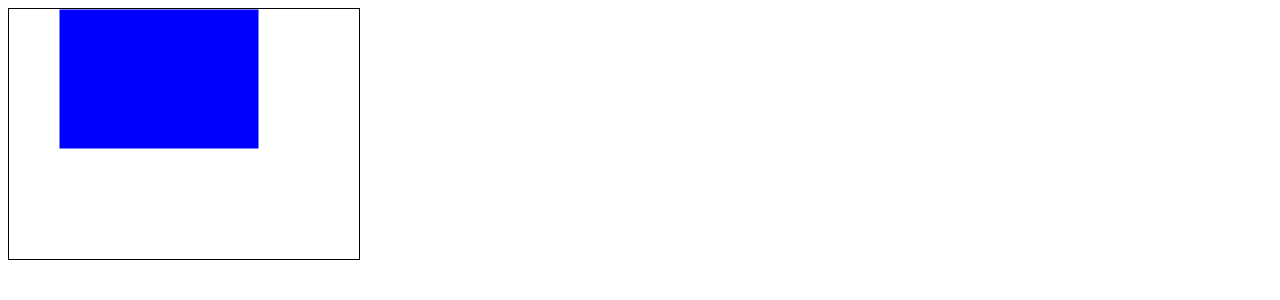
Repository: ducdatit2002/Data-Visualization-Coursera
Page: WEEK2/Demo/demo_adding_annotations.html
The author's editor kept a copy of each file at every save. The page is drawn from the files as they stood at one save, then again after the next save.
The browser window is 1280 px wide. The pictures show the whole page.

Above is the page before, as saved 2023-10-07 00:10:39.

After the next save:
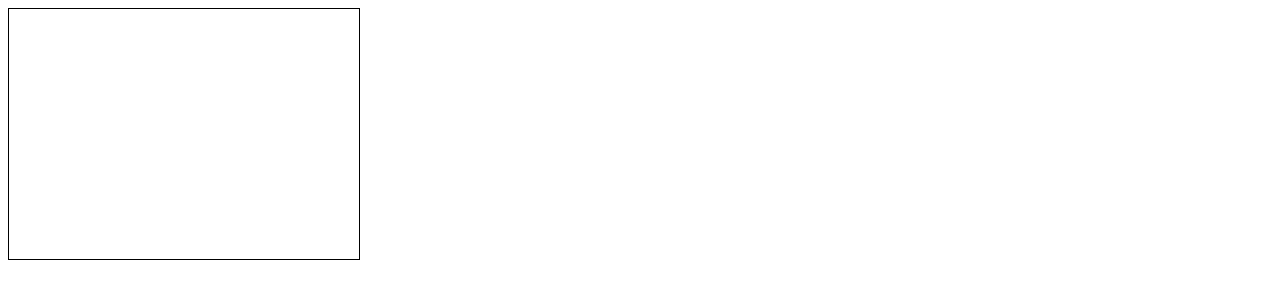
Console error: ReferenceError: blue is not defined
Saved 15 s later.
--- a/WEEK2/Demo/demo_adding_annotations.html
+++ b/WEEK2/Demo/demo_adding_annotations.html
@@ -29,9 +29,9 @@
       join
         .enter()
         .append("rect")
-        .style("fill", "blue")
-        .style("stroke", "white")
-        .attr("width", (d) => scale(d.Weight))
+        .style("fill", blue)
+        .style("stroke", white)
+        .attr("width", d => scale(d.Weight))
         .attr("height", scalePosition.bandwidth())
         .attr("y", (d) => scalePosition(d.Name));
     }

After the 2 saves that followed:
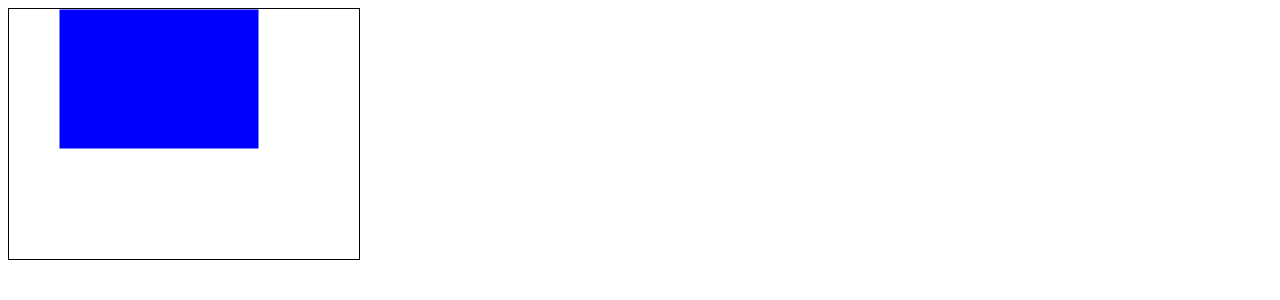
The error is gone.
The 2 saves are shown as one change because they came seconds apart.
The last was saved 21 s later.
--- a/WEEK2/Demo/demo_adding_annotations.html
+++ b/WEEK2/Demo/demo_adding_annotations.html
@@ -29,8 +29,8 @@
       join
         .enter()
         .append("rect")
-        .style("fill", blue)
-        .style("stroke", white)
+        .style("fill", "blue")
+        .style("stroke", "white")
         .attr("width", d => scale(d.Weight))
         .attr("height", scalePosition.bandwidth())
         .attr("y", (d) => scalePosition(d.Name));
